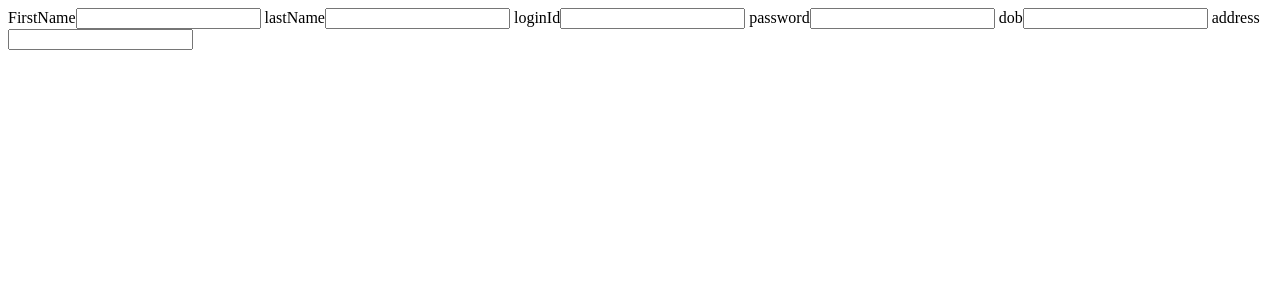
Repository: vikash9562/AdvanceJava
Page: http://localhost/DynamicProject/FirstServlet
The author's editor kept a copy of each file at every save. The page is drawn from the files as they stood at one save, then again after the next save.
The browser window is 1280 px wide. The pictures show the whole page.
The page is served by Tomcat 9.

Above is the page before, as saved 2023-08-16 08:55:12.

After the next save:
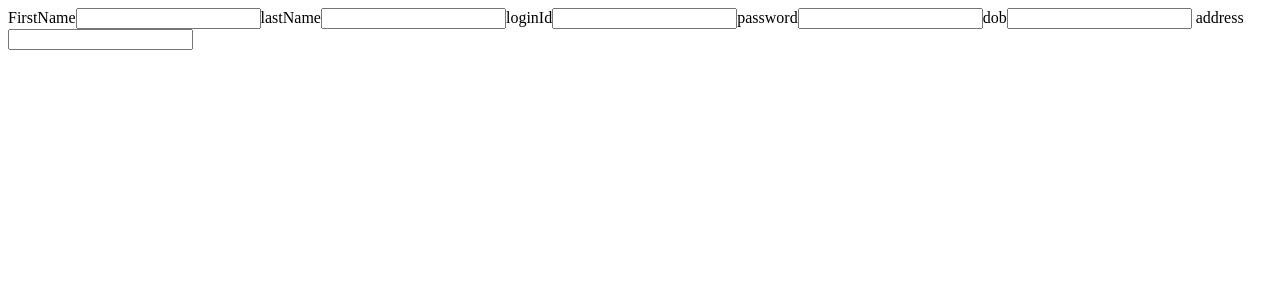
Saved 63 s later.
--- a/advance java/DynamicProject/src/in/co/rays/ctl/FirstServlet.java
+++ b/advance java/DynamicProject/src/in/co/rays/ctl/FirstServlet.java
@@ -27,25 +27,22 @@ public class FirstServlet extends HttpServlet {
 
 		//out.println("<h1>Dynamic web project.......!!!!</h1>");
 		out.print("<td>FirstName</td>");
-		out.println("<td><input type='text' name='firstName'></td>");
+		out.print("<td><input type='text' name='firstName'></td>");
 
 		out.print("<td>lastName</td>");
-		out.println("<td><input type='text' name='lastName'></td>");
+		out.print("<td><input type='text' name='lastName'></td>");
 
 		out.print("<td>loginId</td>");
-		out.println("<td><input type='text' name='loginId'></td>");
+		out.print("<td><input type='text' name='loginId'></td>");
 
 		out.print("<td>password</td>");
-		out.println("<td><input type='text' name='password'></td>");
+		out.print("<td><input type='text' name='password'></td>");
 
 		out.print("<td>dob</td>");
 		out.println("<td><input type='text' name='dob'></td>");
 
 		out.print("<td>address</td>");
-		out.println("<td><input type='text' name='address'></td>");
-
-
-
+		out.print("<td><input type='text' name='address'></td>");
 
 		out.close();
 
